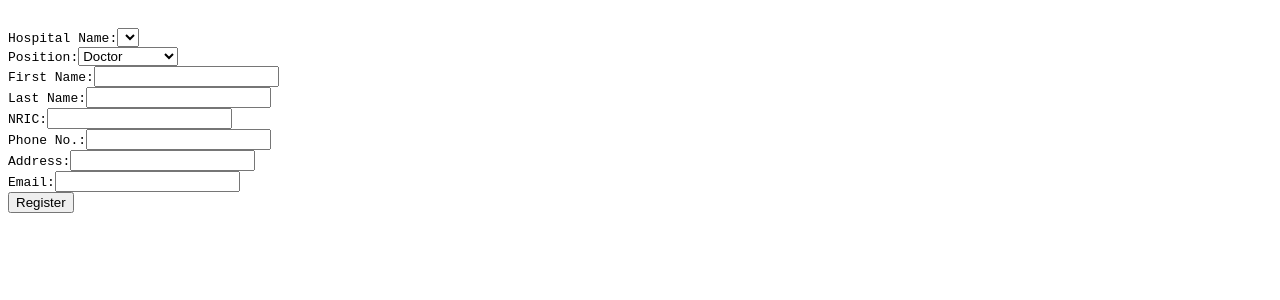
Repository: anujsoni10001/JSP-Servlet
Page: http://localhost/Minor/registerstaff.jsp
An editor plug-in stored every save of this project. The page is shown before and after the next save, followed by the edit.
The browser window is 1280 px wide. The pictures show the whole page.
The page is served by Tomcat 9. Other server files are loaded and not shown. Queries for data that is not in the repository find no rows.

Above is the page before, as saved 2019-03-23 03:46:34.

### FinalProject/minor - Copy/Minor/WebContent/registerstaff.jsp
<%@page import="pp.RegisteredDao"%>
<%@ page language="java" contentType="text/html; charset=ISO-8859-1"
    pageEncoding="ISO-8859-1"%>
<!DOCTYPE html PUBLIC "-//W3C//DTD HTML 4.01 Transitional//EN" "http://www.w3.org/TR/html4/loose.dtd">
<html>
<head>
<meta http-equiv="Content-Type" content="text/html; charset=ISO-8859-1">
<title>Register-Staff</title>
</head>
<body>
<pre>
<form>
Hospital Name:<select>
<%
RegisteredDao rd=new RegisteredDao();
java.util.ArrayList<pp.Hospital> h=rd.ShowHospital();
for(pp.Hospital a:h)
{
%>
<option><%=a.getHospitalName()%></option>
<%
}
%>
</select>
Position:<select>
<option>Doctor</option>
<option>Nurse</option>
<option>Management</option>
<option>Medical</option>
</select>
First Name:<input type="text">
Last Name:<input type="text">
NRIC:<input type="text">
Phone No.:<input type="text">
Address:<input type="text">
Email:<input type="email">
<input type="submit" value="Register">
</form>
</pre>
</body>
</html>

### FinalProject/minor - Copy/Minor/src/pp/RegisteredDao.java
package pp;
import java.sql.*;
import pp.PatientAccountBean;

public class RegisteredDao {
Connection con;
public Connection getConnect() throws ClassNotFoundException, SQLException
{
Class.forName("com.mysql.cj.jdbc.Driver");
con=DriverManager.getConnection("jdbc:mysql://localhost:3306/minor","root","root");
return con;
}
public java.util.ArrayList<PatientAccountBean> ShowPro(String email) throws ClassNotFoundException, SQLException
{
java.util.ArrayList<PatientAccountBean> a1=new java.util.ArrayList<pp.PatientAccountBean>();
con=getConnect();
String qr="select * from accounts where Email=?";
PreparedStatement ps=con.prepareStatement(qr);
ps.setString(1,email);
ResultSet rs=ps.executeQuery();
while(rs.next())
{
pp.PatientAccountBean p=new pp.PatientAccountBean();
p.setFirstName(rs.getString("FirstName"));
p.setLastName(rs.getString("LastName"));
p.setTelephone(rs.getString("Telephone"));
p.setAddress(rs.getString("Address"));
p.setAccountId(rs.getInt("AccountId"));
a1.add(p);
}
con.close();
return a1;
}
public int update(PatientAccountBean p) throws ClassNotFoundException, SQLException
{
int i=0;
con=getConnect();
///Remember Query///
//update table tablename -XXXX...//
//Wrong Syntax Putted...in the Mid-Sam-Exam//
String qr="update accounts set LastName=?,FirstName=?,Telephone=?,Address=? where Email=?";
PreparedStatement ps=con.prepareStatement(qr);
ps.setString(1,p.getLastName());
ps.setString(2,p.getFirstName());
ps.setString(3,p.getTelephone());
ps.setString(4,p.getAddress());
ps.setString(5,p.getEmail());
i=ps.executeUpdate();
con.close();
return i;
}
public java.util.ArrayList<Doctor> ShowPro() throws ClassNotFoundException, SQLException
{
java.util.ArrayList<Doctor> a1=new java.util.ArrayList<pp.Doctor>();
con=getConnect();
String qr="select * from doctor";
Statement st=con.createStatement();
ResultSet rs=st.executeQuery(qr);
while(rs.next())
{
pp.Doctor p=new pp.Doctor();
p.setDoctorId(rs.getInt("DoctorId"));
a1.add(p);
}
con.close();
return a1;
}
public java.util.ArrayList<Doctor> ShowPro(int id) throws ClassNotFoundException, SQLException
{
java.util.ArrayList<Doctor> a1=new java.util.ArrayList<pp.Doctor>();
con=getConnect();
String qr="select * from doctor,specialty,hospital where doctor.SpecialtyId=specialty.SpecialtyId and DoctorId=? and doctor.HospitalId=hospital.HospitalId";
PreparedStatement ps=con.prepareStatement(qr);
ps.setInt(1,id);
ResultSet rs=ps.executeQuery();
while(rs.next())
{
pp.Doctor p=new pp.Doctor();
p.setDcotorName(rs.getString("DcotorName"));
p.setDescription(rs.getString("Description"));
p.setHospitalName(rs.getString("HospitalName"));
p.setHospitalId(rs.getString("HospitalId"));
p.setYearOfExperience(rs.getInt("YearOfExperience"));
a1.add(p);
}
con.close();
return a1;
}
public int addPro(pp.Appointment a) throws ClassNotFoundException, SQLException
{
int i=0;
con=getConnect();
 ///Remember Query///
//insert table tablename -XXXX...Wrong//
//Wrong Syntax Putted...in the Mid-Sam-Exam//
String qr="insert into Appointment(DoctorId,HospitalId,Date,BookedbyAccountId,Status) values(?,?,?,?,?)";
PreparedStatement ps=con.prepareStatement(qr);
ps.setString(1,a.getDoctorId());
ps.setString(2,a.getHospitalId());
ps.setString(3,a.getDate());
ps.setInt(4,a.getAppointmentId());
ps.setString(5,a.getStatus());
i=ps.executeUpdate();
con.close();
return i;
}
public java.util.ArrayList<pp.Appointment> ShowAppoint(int bbyid) throws ClassNotFoundException, SQLException
{
java.util.ArrayList<pp.Appointment> a1=new java.util.ArrayList<pp.Appointment>();
con=getConnect();
String qr="select * from Appointment,doctor,Accounts,Hospital where Appointment.DoctorId=doctor.DoctorId and AccountId=BookedByAccountId and doctor.HospitalId=Hospital.HospitalId and BookedbyAccountId=?";
PreparedStatement ps=con.prepareStatement(qr);
ps.setInt(1,bbyid);
ResultSet rs=ps.executeQuery();
while(rs.next())
{
pp.Appointment a=new Appointment();
a.setAppointmentId(rs.getInt("AppointmentId"));
a.setHospitalName(rs.getString("HospitalName"));
a.setDoctorName(rs.getString("DcotorName"));
a.setDate(rs.getString("Date"));
a.setStatus(rs.getString("Status"));
a.setChargesRM(rs.getDouble("ChargesRM"));
a1.add(a);
}
con.close();
return a1;
}
public int updateAppoint(pp.Appointment a) throws ClassNotFoundException, SQLException
{
int i=0;
con=getConnect();
///Remember Query///
//update table tablename -XXXX...//
//Wrong Syntax Putted...in the Mid-Sam-Exam//
String qr="update appointment set DoctorId=?,HospitalId=?,Date=?,BookedbyAccountId=? where AppointmentId=?";
PreparedStatement ps=con.prepareStatement(qr);
ps.setString(1,a.getDoctorId());
ps.setString(2,a.getHospitalId());
ps.setString(3,a.getDate());
ps.setInt(4,a.getBookedbyAccountId());
ps.setInt(5,a.getAppointmentId());
i=ps.executeUpdate();
con.close();
return i;
}
public int delete(Appointment a) throws ClassNotFoundException, SQLException
{
int i=0;
con=getConnect();
///Remember Query///
//delete table tablename -XXXX...Wrong//
//Wrong Syntax Putted...in the Mid-Sam-Exam//
String qr="delete from Appointment where AppointmentId=?";
PreparedStatement ps=con.prepareStatement(qr);
ps.setInt(1,a.getAppointmentId());
i=ps.executeUpdate();
con.close();
return i;
}
public boolean VerifyCard(Creditcard c) throws ClassNotFoundException, SQLException
{
con=getConnect();
String qr="select * from creditcard where CardNo=? and ExpiryDate=? and SecurityCode=? and CardType=?";

PreparedStatement ps=con.prepareStatement(qr);
ps.setString(1,c.getCardNo());
ps.setString(2,c.getExpiryDate());
ps.setString(3,c.getSecurityCode());
ps.setString(4,c.getCardType());
ResultSet rs=ps.executeQuery();
if(rs.next())
{
con.close();
return true;
}
else
{
con.close();
return false;
}
}
public int updateAppointStatus(pp.Appointment a) throws ClassNotFoundException, SQLException
{
int i=0;
con=getConnect();
///Remember Query///
//update table tablename -XXXX...//
//Wrong Syntax Putted...in the Mid-Sam-Exam//
String qr="update appointment set Status=? where AppointmentId=?";
PreparedStatement ps=con.prepareStatement(qr);
ps.setString(1,a.getStatus());
ps.setInt(2,a.getAppointmentId());
i=ps.executeUpdate();
con.close();
return i;
}
public java.util.ArrayList<pp.Appointment> ShowCompletedAppoint(int bbyid) throws ClassNotFoundException, SQLException
{
java.util.ArrayList<pp.Appointment> a1=new java.util.ArrayList<pp.Appointment>();
con=getConnect();
String qr="select * from Appointment,doctor,Accounts,Hospital where Appointment.DoctorId=doctor.DoctorId and AccountId=BookedByAccountId and doctor.HospitalId=Hospital.HospitalId and BookedbyAccountId=? and Status='Completed'";
PreparedStatement ps=con.prepareStatement(qr);
ps.setInt(1,bbyid);
ResultSet rs=ps.executeQuery();
while(rs.next())
{
pp.Appointment a=new Appointment();
a.setAppointmentId(rs.getInt("AppointmentId"));
a.setHospitalName(rs.getString("HospitalName"));
a.setDoctorName(rs.getString("DcotorName"));
a.setDate(rs.getString("Date"));
a.setStatus(rs.getString("Status"));
a.setChargesRM(rs.getDouble("ChargesRM"));
a1.add(a);
}
con.close();
return a1;
}
public int addPro(pp.Rating r) throws ClassNotFoundException, SQLException
{
int i=0;
con=getConnect();
 ///Remember Query///
//insert table tablename -XXXX...Wrong//
//Wrong Syntax Putted...in the Mid-Sam-Exam//
String qr="insert into rating values(?,?)";
PreparedStatement ps=con.prepareStatement(qr);
ps.setString(1,r.getAppointmentId());
ps.setInt(2,r.getConsultationRating());
i=ps.executeUpdate();
con.close();
return i;
}
public java.util.ArrayList<pp.Hospital> ShowHospital() throws ClassNotFoundException, SQLException
{
java.util.ArrayList<Hospital> a1=new java.util.ArrayList<pp.Hospital>();
con=getConnect();
String qr="select * from hospital";
Statement st=con.createStatement();
ResultSet rs=st.executeQuery(qr);
while(rs.next())
{
pp.Hospital h=new pp.Hospital();
h.setHospitalName(rs.getString("HospitalName"));
a1.add(h);
}
con.close();
return a1;
}
public java.util.ArrayList<pp.Hospital> ShowHospitalId(String HospitalName) throws ClassNotFoundException, SQLException
{
java.util.ArrayList<Hospital> a1=new java.util.ArrayList<pp.Hospital>();
con=getConnect();
String qr="select * from hospital where HospitalName=?";
PreparedStatement ps=con.prepareStatement(qr);
ps.setString(1,HospitalName);
ResultSet rs=ps.executeQuery();
while(rs.next())
{
pp.Hospital h=new pp.Hospital();
h.setHospitalId(rs.getString("HospitalId"));
a1.add(h);
}
con.close();
return a1;
}
public int addStaff(pp.Staff s) throws ClassNotFoundException, SQLException
{
int i=0;
con=getConnect();
 ///Remember Query///
//insert table tablename -XXXX...Wrong//
//Wrong Syntax Putted...in the Mid-Sam-Exam//
String qr="insert into staff values(?,?,?,?,?,?,?,?,?,?)";
PreparedStatement ps=con.prepareStatement(qr);
ps.setInt(1,s.getStaffId());
ps.setString(2,s.getEmail());
ps.setString(3,s.getPassword());
ps.setString(4,s.getFirstName());
ps.setString(5,s.getLastName());
ps.setString(6,s.getICNumber());
ps.setString(7,s.getTelephone());
ps.setString(8,s.getAddress());
ps.setString(9,s.getPosition());
ps.setString(10,s.getHospitalId());
i=ps.executeUpdate();
con.close();
return i;
}
public java.util.ArrayList<PatientAccountBean> ShowallPatient() throws ClassNotFoundException, SQLException
{
java.util.ArrayList<PatientAccountBean> a1=new java.util.ArrayList<pp.PatientAccountBean>();
con=getConnect();
String qr="select * from accounts";
Statement st=con.createStatement();
ResultSet rs=st.executeQuery(qr);
while(rs.next())
{
pp.PatientAccountBean p=new pp.PatientAccountBean();
p.setFirstName(rs.getString("FirstName"));
p.setLastName(rs.getString("LastName"));
p.setTelephone(rs.getString("Telephone"));
p.setAddress(rs.getString("Address"));
p.setAccountId(rs.getInt("AccountId"));
p.setEmail(rs.getString("Email"));
a1.add(p);
}
con.close();
return a1;
}
public int updateStaffPatient(PatientAccountBean p) throws ClassNotFoundException, SQLException
{
int i=0;
con=getConnect();
///Remember Query///
//update table tablename -XXXX...//
//Wrong Syntax Putted...in the Mid-Sam-Exam//
String qr="update accounts set LastName=?,FirstName=?,Telephone=?,Address=?,Email=? where AccountId=?";
PreparedStatement ps=con.prepareStatement(qr);
ps.setString(1,p.getLastName());
ps.setString(2,p.getFirstName());
ps.setString(3,p.getTelephone());
ps.setString(4,p.getAddress());
ps.setString(5,p.getEmail());
ps.setInt(6,p.getAccountId());
i=ps.executeUpdate();
con.close();
return i;
}
public int delete(pp.PatientAccountBean p) throws ClassNotFoundException, SQLException
{
int i=0;
con=getConnect();
///Remember Query///
//delete table tablename -XXXX...Wrong//
//Wrong Syntax Putted...in the Mid-Sam-Exam//
String qr="delete from accounts where AccountId=?";
PreparedStatement ps=con.prepareStatement(qr);
ps.setInt(1,p.getAccountId());
i=ps.executeUpdate();
con.close();
return i;
}
}

After the next save:
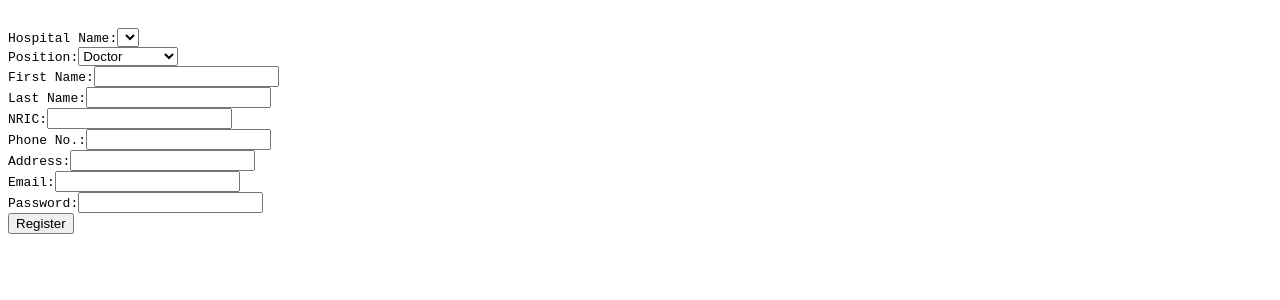
Saved 3 min 51 s later.
--- a/FinalProject/minor - Copy/Minor/WebContent/registerstaff.jsp
+++ b/FinalProject/minor - Copy/Minor/WebContent/registerstaff.jsp
@@ -34,6 +34,7 @@ NRIC:<input type="text">
 Phone No.:<input type="text">
 Address:<input type="text">
 Email:<input type="email">
+Password:<input type="email">
 <input type="submit" value="Register">
 </form>
 </pre>
